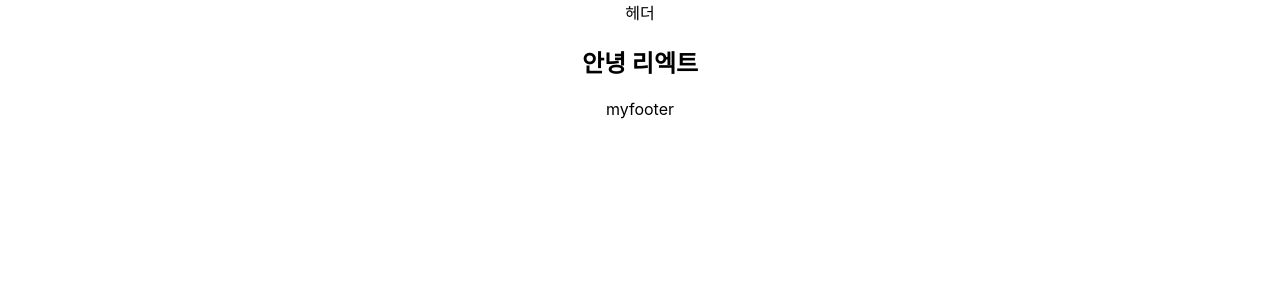
Repository: jins4731/daily-note
Page: / (app in React/reactexam1/)
These files come from the project's save history. The page is drawn as it stood at one moment and after the next save; the edit follows.
The browser window is 1280 px wide. The pictures show the whole page.
The project was rebuilt for these pictures with package versions that can differ from the ones it lists, and the page was loaded fresh each time.

Above is the page before, as saved 2023-04-05 21:01:40.

### React/reactexam1/src/App.js
import './App.css';

import MyHeader from './MyHeader'
import MyFooter from './MyFooter';
function App() {
  return (
    <div className="App">
      <MyHeader/>
      <h2>안녕 리엑트</h2>
      <MyFooter/>
    </div>
  );
}

export default App;

### React/reactexam1/src/MyHeader.js
const MyHeader = () => {
    return <header>헤더</header>;
};

export default MyHeader;

### React/reactexam1/src/MyFooter.js
const MyFooter = () => {
    return <footer>myfooter</footer>;
}

export default MyFooter;

### React/reactexam1/src/Counter.js
const Counter = () => {
    return (
        <div>
            <h2>0</h2>
            <button>+</button>
            <button>-</button>
        </div>
    )
}

export default Counter;

Loaded but not shown: React/reactexam1/public/index.html (common file); React/reactexam1/src/index.js (common file); React/reactexam1/src/index.css (common file); React/reactexam1/src/App.css (common file)

After the next save:
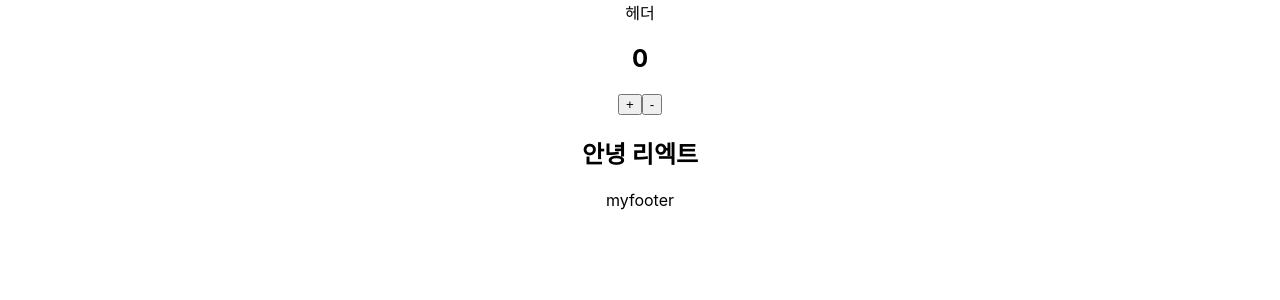
Saved 38 s later.
--- a/React/reactexam1/src/App.js
+++ b/React/reactexam1/src/App.js
@@ -2,10 +2,12 @@ import './App.css';
 
 import MyHeader from './MyHeader'
 import MyFooter from './MyFooter';
+import Counter from './Counter';
 function App() {
   return (
     <div className="App">
       <MyHeader/>
+      <Counter/>
       <h2>안녕 리엑트</h2>
       <MyFooter/>
     </div>
